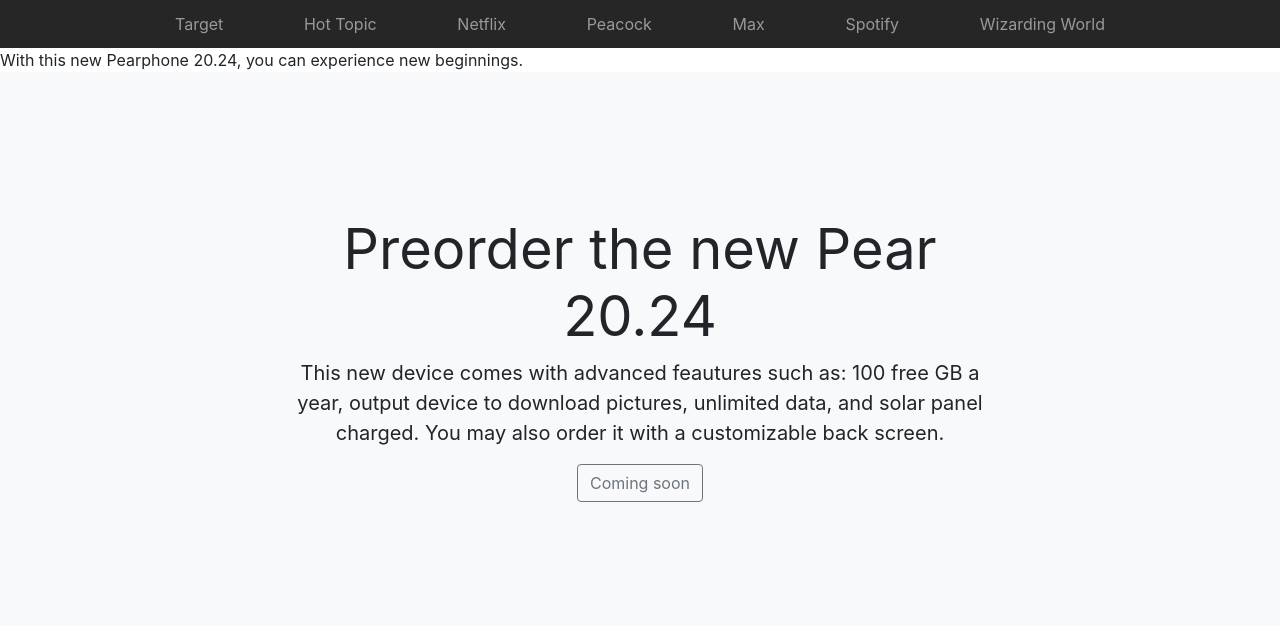
Repository: DailynAmaya/DailynAmaya-Resume
Page: LearnCS8-Twilio/index.html
The author's editor kept a record of every edit. The page is drawn from the files as they stood at one moment, then again after the next edit.
The browser window is 1280 px wide. The pictures show the part of the page from y = 0 to 626 px (the page is 1201 px tall).
A picture or video elsewhere on the page could not be fetched, so the positions and the page height are approximate.

Above is the page before.

After the next edit:
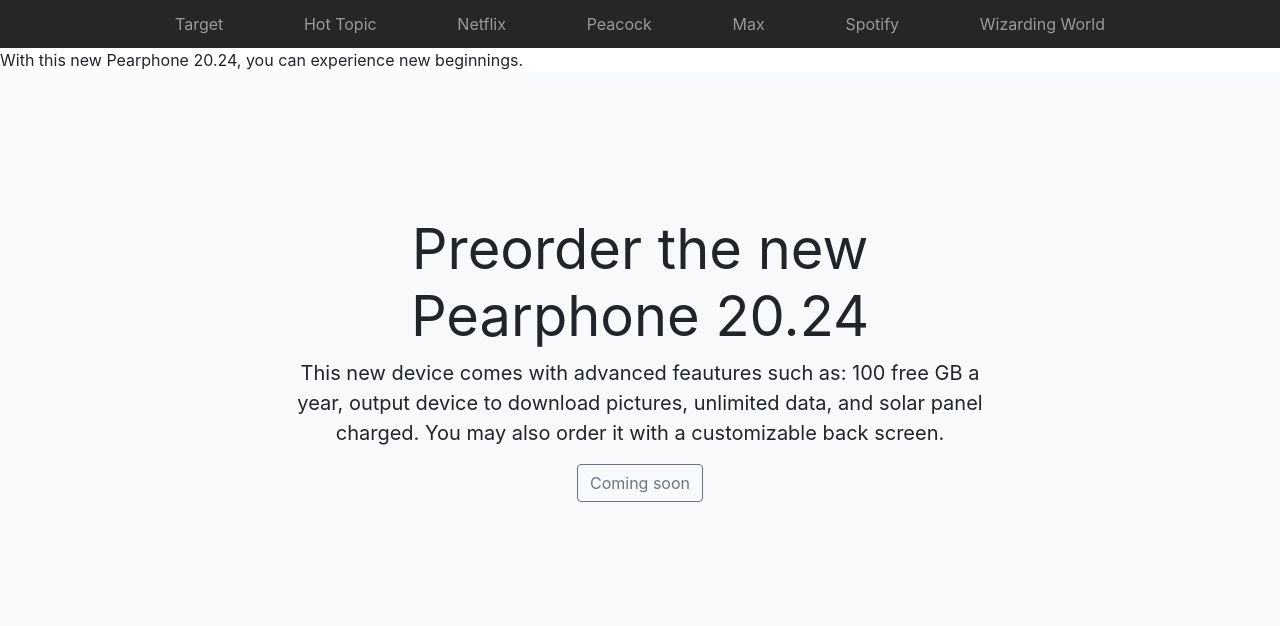
The edit:
--- a/LearnCS8-Twilio/index.html
+++ b/LearnCS8-Twilio/index.html
@@ -30,7 +30,7 @@
 <!-- Main Header Section h1--> With this new Pearphone 20.24, you can experience new beginnings.
 <div class="position-relative overflow-hidden p-3 p-md-5 m-md-0 text-center bg-light">
     <div class="col-md-8 p-lg-5 mx-auto my-5">
-        <h1 class="display-4 font-weight-normal">Preorder the new Pear 20.24</h1>
+        <h1 class="display-4 font-weight-normal">Preorder the new Pearphone 20.24</h1>
         <p class="lead font-weight-normal">This new device comes with advanced feautures such as: 100 free GB a year, output device to download pictures, unlimited data, and solar panel charged. You may also order it with a customizable back screen.</p>
         <a class="btn btn-outline-secondary" href="https://www.cnn.com/" target="_blank">Coming soon</a>
     </div>
